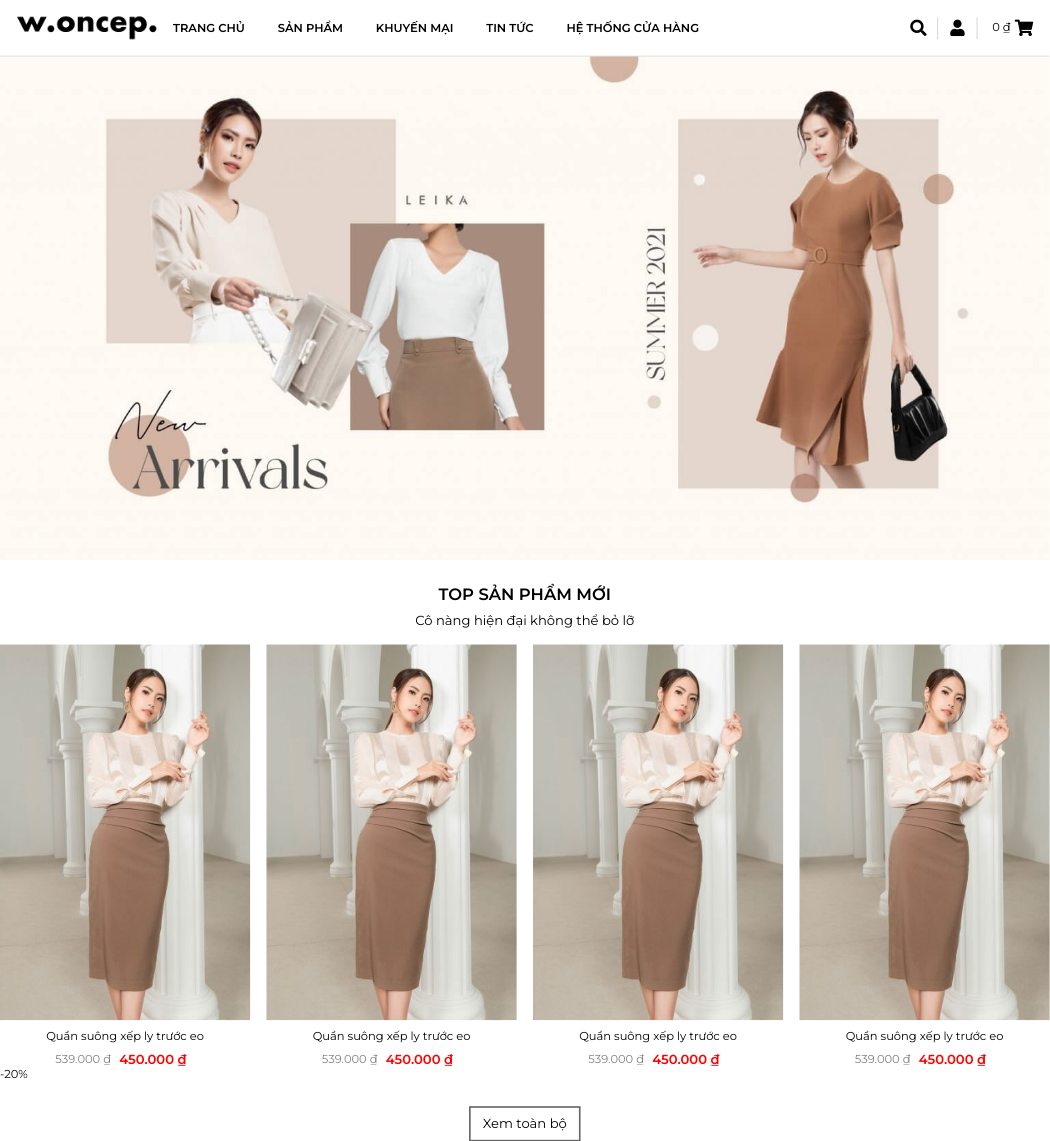
Repository: Nguyenductuan-dev/bt_j2team
Page: index.html
An editor plug-in stored every save of this project. The page is shown before and after the next save, followed by the edit.
The browser window is 1280 px wide. The pictures show the whole page, at 82% of full size.

Above is the page before, as saved 2021-12-12 15:24:14.

After the next save:
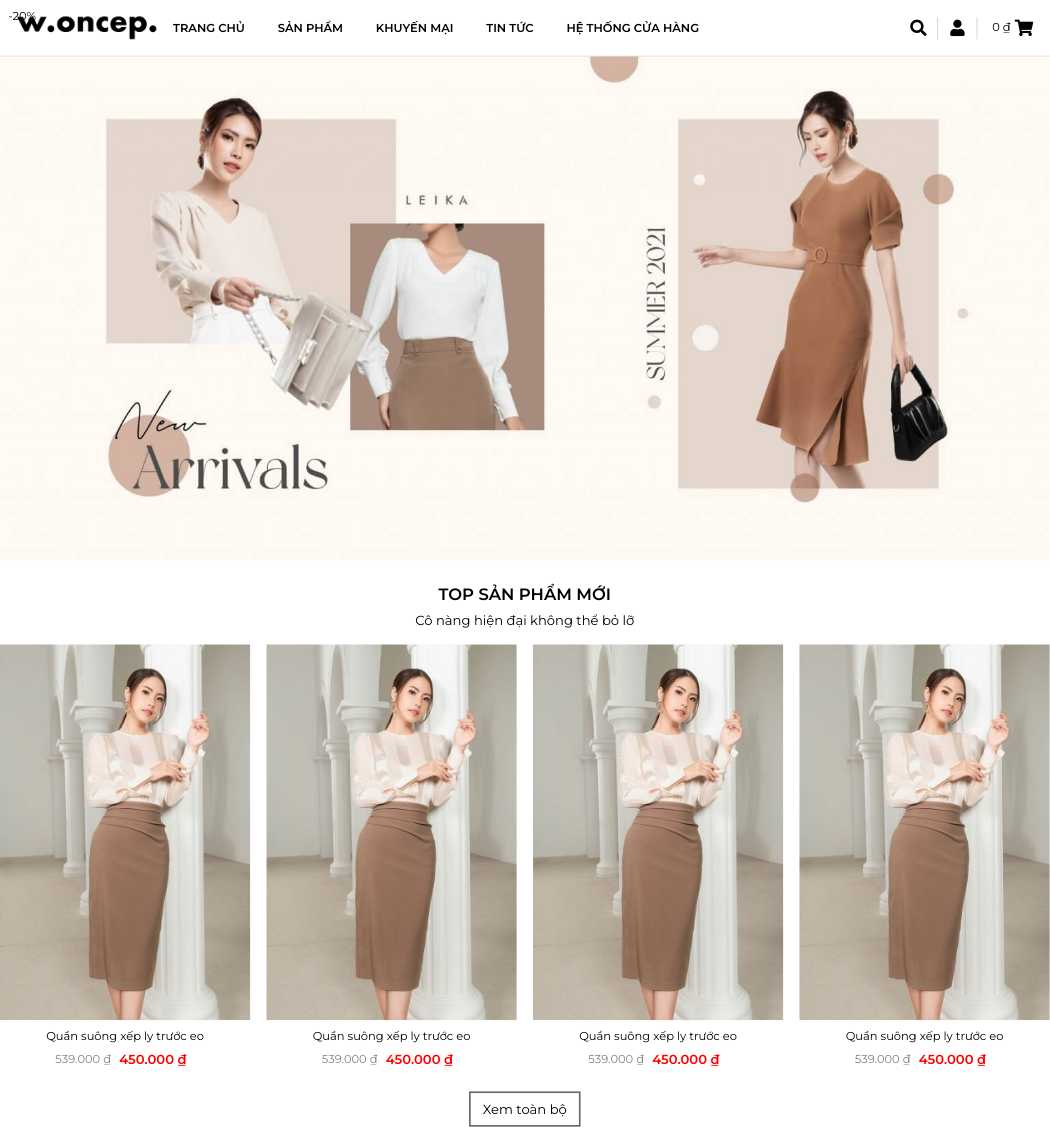
Saved 49 s later.
--- a/css/style.css
+++ b/css/style.css
@@ -134,6 +134,12 @@
     font-weight: 600;
     padding: 0 10px;
 }
+.home-product-item__sale-off {
+    position:absolute;
+    top:5px;
+    left: 5px;
+    padding: 5px;
+}
 .home__product-total {
     margin-top: 30px;
     text-align: center;
